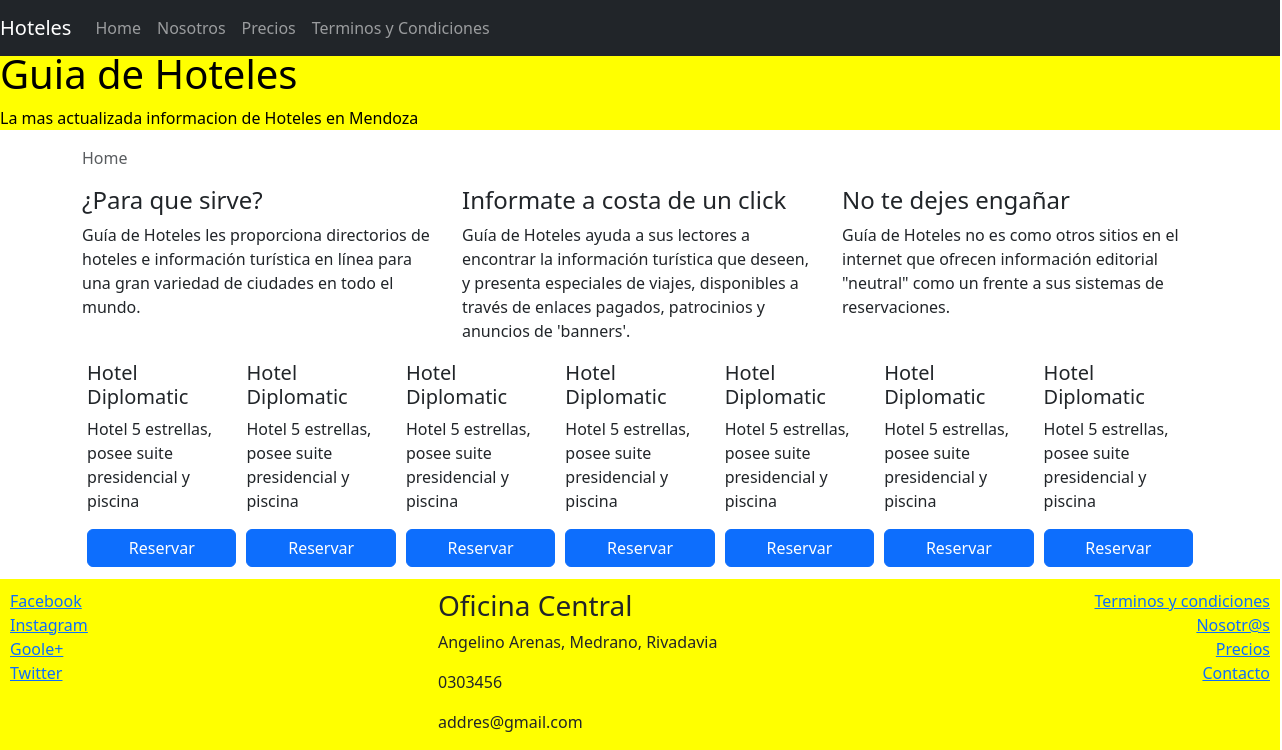
Repository: JulianMoralesSantoni/PaginaHoteles
Page: index.html
An editor plug-in stored every save of this project. The page is shown before and after the next save, followed by the edit.
The browser window is 1280 px wide. The page is 1282 px wide, so the pictures cover 1282 px, including what lies to the right of the window. The pictures show the whole page.
Some web fonts or font styles are not loaded; a fallback is used. Some web libraries are served in a nearby version.

Above is the page before, as saved 2021-03-27 15:26:51.

After the next save:
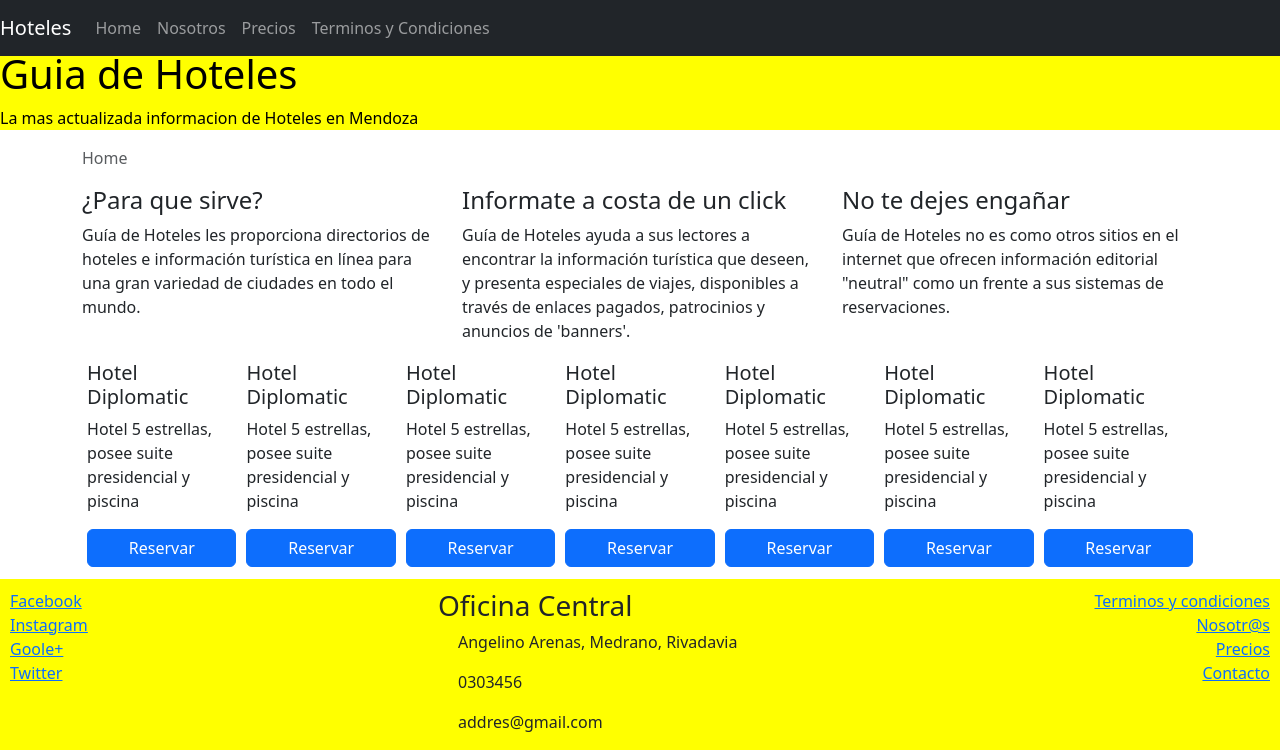
Saved 5 min 37 s later.
--- a/index.html
+++ b/index.html
@@ -137,9 +137,9 @@
    <div class="col-sm-4">
     <address>
       <h3>Oficina Central</h3>
-      <p><span class="oi oi-home"></span>Angelino Arenas, Medrano, Rivadavia</p>
-      <p><span class="oi oi-phone"> </span>0303456</p>
-      <p><span class="oi oi-inbox"></span>addres@gmail.com</p>
+      <p><span class="oi oi-home footer-address-icon" ></span>Angelino Arenas, Medrano, Rivadavia</p>
+      <p><span class="oi oi-phone footer-address-icon" > </span>0303456</p>
+      <p><span class="oi oi-inbox footer-address-icon" ></span>addres@gmail.com</p>
 
 
     </address>
